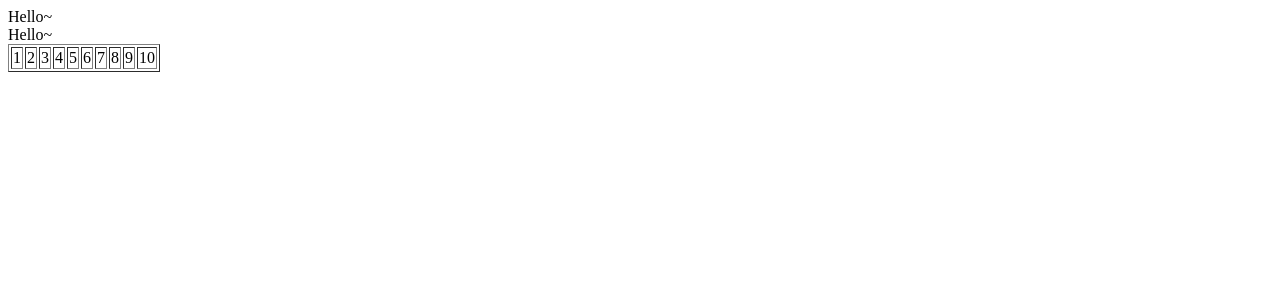
Repository: HeonchanKim/smhrd_jsp
Page: http://localhost/JSP/ex02.jsp
The author's editor kept a copy of each file at every save. The page is drawn from the files as they stood at one save, then again after the next save.
The browser window is 1280 px wide. The pictures show the whole page.
The page is served by Tomcat 9.

Above is the page before, as saved 2022-01-28 06:28:58.

After the next save:
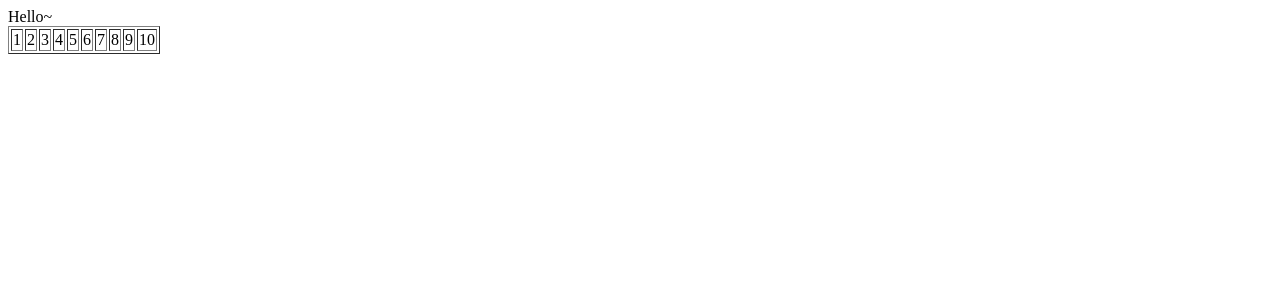
Saved 16 s later.
--- a/JSP/src/main/webapp/ex02.jsp
+++ b/JSP/src/main/webapp/ex02.jsp
@@ -12,9 +12,6 @@
 
 		out.print("Hello~");
 	%>
-	<br>Hello~
-
-
 
 	<table border="1">
 		<tr>
